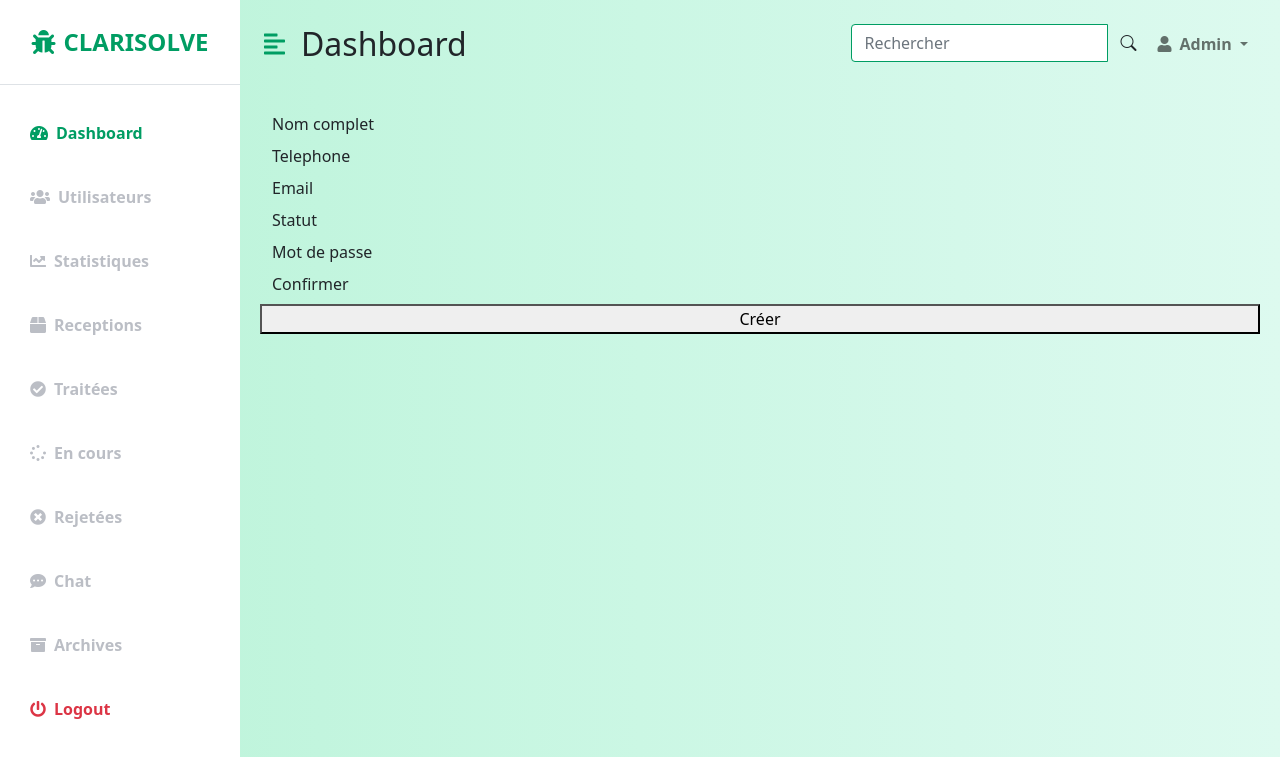
Repository: Senare1/PlaintEasy
Page: accounts/templates/accounts/signup_user.html
The author's editor kept a copy of each file at every save. The page is drawn from the files as they stood at one save, then again after the next save.
The browser window is 1280 px wide. The pictures show the whole page.
The template is drawn by Django 4.2. The application's start-up code is not run. The template is opened directly, without the code that normally fills it, so the values that code supplies are empty.

Above is the page before, as saved 2024-07-31 05:01:58.

After the next save:
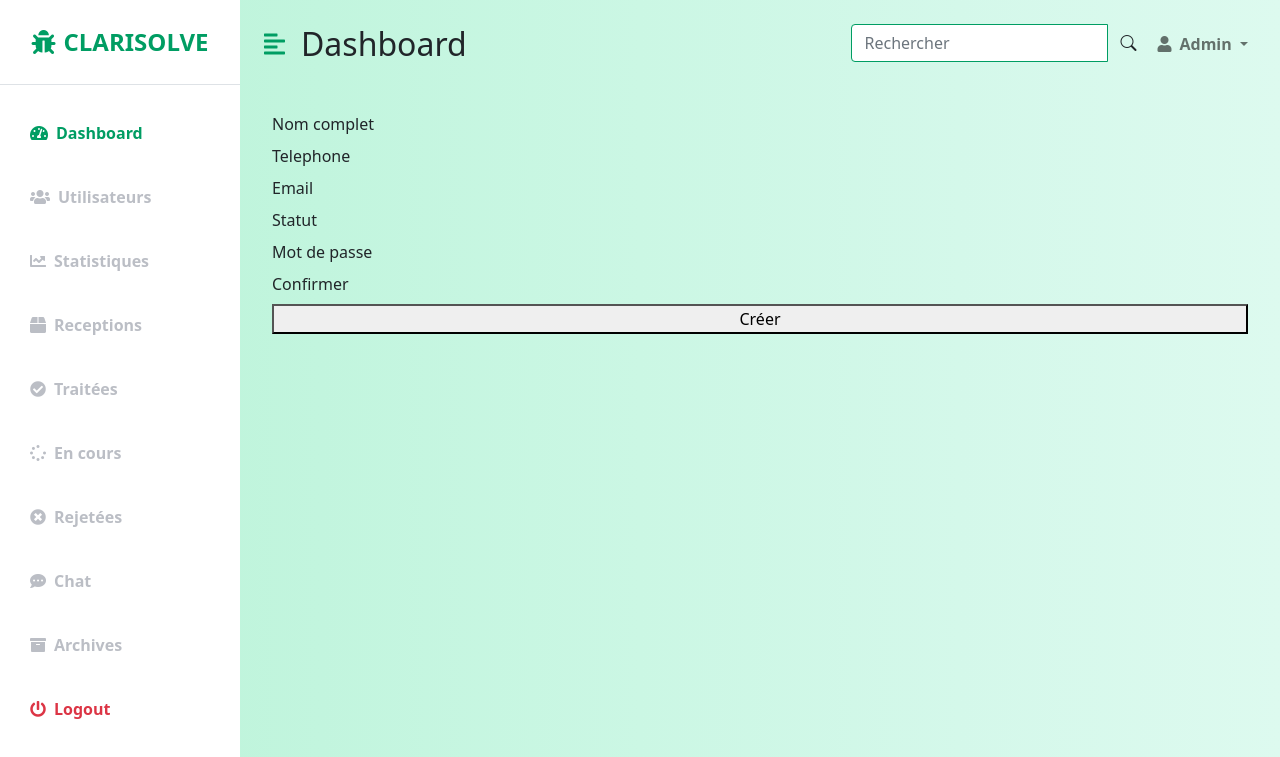
Saved 27 s later.
--- a/accounts/templates/accounts/signup_user.html
+++ b/accounts/templates/accounts/signup_user.html
@@ -57,7 +57,7 @@
                     {{ form.password2 }}
                 </div>
             </div>
-            <div class="row text-center">
+            <div class="row mx-auto">
                 <button type="submit">Créer</button>
             </div>
         </div>
